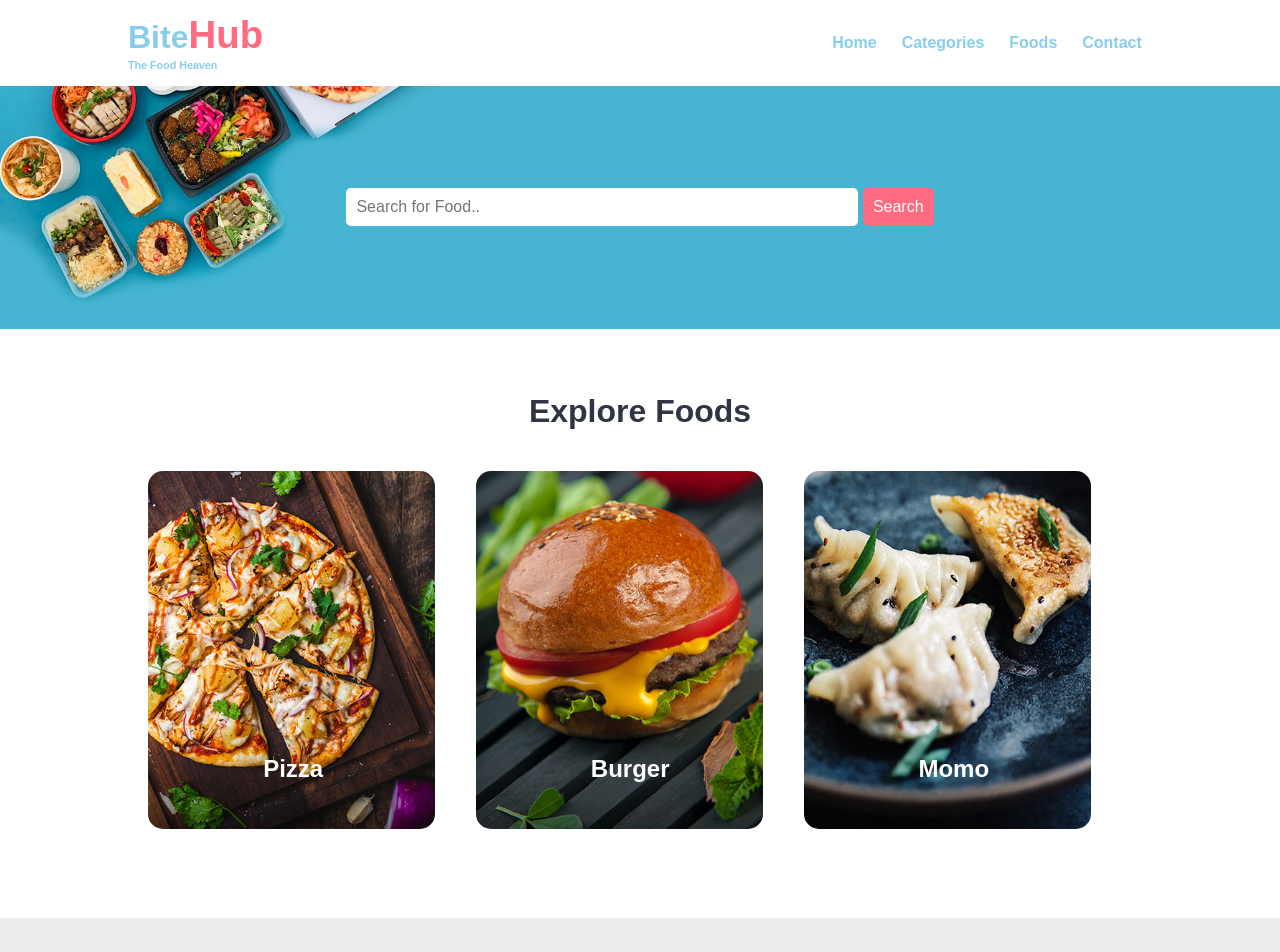
Repository: Saviour-Dagadu/food-order-front
Page: index.html
The author's editor kept a copy of each file at every save. The page is drawn from the files as they stood at one save, then again after the next save.
The browser window is 1280 px wide. The pictures show the part of the page from y = 0 to 952 px (the page is 2170 px tall).
A picture or video elsewhere on the page could not be fetched, so the positions and the page height are approximate.

Above is the page before, as saved 2024-05-16 11:32:40.

### index.html
<!DOCTYPE html>
<html lang="en">
<head>
    <meta charset="UTF-8">
    <!-- Important to make website responsive -->
    <meta name="viewport" content="width=device-width, initial-scale=1.0">
    <title>Restaurant Website</title>

    <!-- Link our CSS file -->
    <link rel="stylesheet" href="css/style.css">
</head>

<body>
    <!-- Navbar Section Starts Here -->
    <section class="navbar">
        <div class="container">
            <div class="logo">
                <a href="#" title="Logo">
                    <h2>Bite<span>Hub</span></h2><h6><span>The Food Heaven</span></h6>
                    <!-- <img src="images/logo.png" alt="Restaurant Logo" class="img-responsive"> -->
                </a>
            </div>

            <div class="menu text-right">
                <ul>
                    <li>
                        <a href="index.html">Home</a>
                    </li>
                    <li>
                        <a href="categories.html">Categories</a>
                    </li>
                    <li>
                        <a href="foods.html">Foods</a>
                    </li>
                    <li>
                        <a href="contact.html">Contact</a>
                    </li>
                </ul>
            </div>

            <div class="clearfix"></div>
        </div>
    </section>
    <!-- Navbar Section Ends Here -->

    <!-- fOOD sEARCH Section Starts Here -->
    <section class="food-search text-center">
        <div class="container">

            <form action="underConstruction.html" method="POST">
                <input type="search" name="search" placeholder="Search for Food.." required>
                <input type="submit" name="submit" value="Search" class="btn btn-primary">
            </form>

        </div>
    </section>
    <!-- fOOD sEARCH Section Ends Here -->

    <!-- CAtegories Section Starts Here -->
    <section class="categories">
        <div class="container">
            <h2 class="text-center">Explore Foods</h2>

            <a href="category-foods.html">
            <div class="box-3 float-container">
                <img src="images/pizza.jpg" alt="Pizza" class="img-responsive img-curve">

                <h3 class="float-text text-white">Pizza</h3>
            </div>
            </a>

            <a href="#">
            <div class="box-3 float-container">
                <img src="images/burger.jpg" alt="Burger" class="img-responsive img-curve">

                <h3 class="float-text text-white">Burger</h3>
            </div>
            </a>

            <a href="#">
            <div class="box-3 float-container">
                <img src="images/momo.jpg" alt="Momo" class="img-responsive img-curve">

                <h3 class="float-text text-white">Momo</h3>
            </div>
            </a>

            <div class="clearfix"></div>
        </div>
    </section>
    <!-- Categories Section Ends Here -->

    <!-- fOOD MEnu Section Starts Here -->
    <section class="food-menu">
        <div class="container">
            <h2 class="text-center">Food Menu</h2>

            <div class="food-menu-box">
                <div class="food-menu-img">
                    <img src="images/menu-pizza.jpg" alt="Chicke Hawain Pizza" class="img-responsive img-curve">
                </div>

                <div class="food-menu-desc">
                    <h4>Pizza</h4>
                    <p class="food-price">Ghc 50</p>
                    <p class="food-detail">
                        Made with Italian Sauce, Chicken, and organice vegetables.
                    </p>
                    <br>

                    <a href="order.html" class="btn btn-primary">Order Now</a>
                </div>
            </div>

            <div class="food-menu-box">
                <div class="food-menu-img">
                    <img src="images/menu-burger.jpg" alt="Chicke Hawain Pizza" class="img-responsive img-curve">
                </div>

                <div class="food-menu-desc">
                    <h4>Smoky Burger</h4>
                    <p class="food-price">Ghc 20</p>
                    <p class="food-detail">
                        Made with Italian Sauce, Chicken, and organice vegetables.
                    </p>
                    <br>

                    <a href="order.html" class="btn btn-primary">Order Now</a>
                </div>
            </div>

            <div class="food-menu-box">
                <div class="food-menu-img">
                    <img src="images/menu-burger.jpg" alt="Chicke Hawain Burger" class="img-responsive img-curve">
                </div>

                <div class="food-menu-desc">
                    <h4>Nice Burger</h4>
                    <p class="food-price">Ghc 20</p>
                    <p class="food-detail">
                        Made with Italian Sauce, Chicken, and organize vegetables.
                    </p>
                    <br>

                    <a href="order.html" class="btn btn-primary">Order Now</a>
                </div>
            </div>



            <!-- <div class="food-menu-box">
                <div class="food-menu-img">
                    <img src="images/menu-pizza.jpg" alt="Chicke Hawain Pizza" class="img-responsive img-curve">
                </div>

                <div class="food-menu-desc">
                    <h4>Food Title</h4>
                    <p class="food-price">$2.3</p>
                    <p class="food-detail">
                        Made with Italian Sauce, Chicken, and organice vegetables.
                    </p>
                    <br>

                    <a href="order.html" class="btn btn-primary">Order Now</a>
                </div>
            </div> -->

            <div class="food-menu-box">
                <div class="food-menu-img">
                    <img src="images/menu-momo.jpg" alt="Chicke Hawain Momo" class="img-responsive img-curve">
                </div>

                <div class="food-menu-desc">
                    <h4>Chicken Steam Momo</h4>
                    <p class="food-price">Ghc 50</p>
                    <p class="food-detail">
                        Made with Italian Sauce, Chicken, and organice vegetables.
                    </p>
                    <br>

                    <a href="order.html" class="btn btn-primary">Order Now</a>
                </div>
            </div>


            <div class="clearfix"></div>



        </div>

        <p class="text-center">
            <a href="#">See All Foods</a>
        </p>
    </section>
    <!-- fOOD Menu Section Ends Here -->

    <!-- social Section Starts Here -->
<section class="social">
	<div class="container text-center">
		<ul>
			<li>
				<a href="https://www.facebook.com/saviou/"><img src="https://img.icons8.com/fluent/50/000000/facebook-new.png"/></a>
			</li>
			<li>
				<a href="https://www.instagram.com/saviour_dagadu/"><img src="https://img.icons8.com/fluent/48/000000/instagram-new.png"/></a>
			</li>
			<li>
				<a href="https://twitter.com/savicode"><img src="https://img.icons8.com/fluent/48/000000/twitter.png"/></a>
			</li>
		</ul>
	</div>
</section>
<!-- social Section Ends Here -->

<!-- footer Section Starts Here -->
<section class="footer">
	<div class="container text-center">
		<p>All rights reserved. Designed By <a href="https://saviourdagadu.netlify.app/">@savicode</a></p>
	</div>
</section>
<!-- footer Section Ends Here -->

</body>
</html>

### css/style.css
/*
    Author: Vijay Thapa;
    Theme: Restaurant Food Order;
    version: 1.0;
*/

/* CSS for All */
*{
    margin: 0 0;
    padding: 0 0;
    font-family: Arial, Helvetica, sans-serif;
}
.container{
    width: 80%;
    margin: 0 auto;
    padding: 1%;
}
.img-responsive{
    width: 100%;
}
.img-curve{
    border-radius: 15px;
}

.text-right{
    text-align: right;
}
.text-center{
    text-align: center;
}
.text-left{
    text-align: left;
}
.text-white{
    color: white;
}

.clearfix{
    clear: both;
    float: none;
}

a{
    color: skyblue;
    text-decoration: none;
}
a:hover{
    color: #ff6b81;
}

.btn{
    padding: 1%;
    border: none;
    font-size: 1rem;
    border-radius: 5px;
}
.btn-primary{
    background-color: #ff6b81;
    color: white;
    cursor: pointer;
}
.btn-primary:hover{
    color: white;
    background-color: #ff4757;
}
h2{
    color: #2f3542;
    font-size: 2rem;
    margin-bottom: 2%;
}
h3{
    font-size: 1.5rem;
}
.float-container{
    position: relative;
}
.float-text{
    position: absolute;
    bottom: 50px;
    left: 40%;
}
fieldset{
    border: 1px solid white;
    margin: 5%;
    padding: 3%;
    border-radius: 5px;
}


/* CSSS for navbar section */

.logo{
    width: 10%;
    float: left;
}
.logo h2{
    color: skyblue;
}
.logo h2:hover{
    color: #ff6b81;
    font-style: italic;
}
.logo h2 span{
    color: #ff6b81;
    font-size: larger;
    font-weight:bolder;
}
.menu{
    line-height: 60px;
}
.menu ul{
    list-style-type: none;
}

.menu ul li{
    display: inline;
    padding: 1%;
    font-weight: bold;
}


/* CSS for Food SEarch Section */

.food-search{
    background-image: url(../images/bg.jpg);
    background-size: cover;
    background-repeat: no-repeat;
    background-position: center;
    padding: 7% 0;
}

.food-search input[type="search"]{
    width: 50%;
    padding: 1%;
    font-size: 1rem;
    border: none;
    border-radius: 5px;
}


/* CSS for Categories */
.categories{
    padding: 4% 0;
}

.box-3{
    width: 28%;
    float: left;
    margin: 2%;
}


/* CSS for Food Menu */
.food-menu{
    background-color: #ececec;
    padding: 4% 0;
}
.food-menu-box{
    width: 43%;
    margin: 1%;
    padding: 2%;
    float: left;
    background-color: white;
    border-radius: 15px;
}

.food-menu-img{
    width: 20%;
    float: left;
}

.food-menu-desc{
    width: 70%;
    float: left;
    margin-left: 8%;
}

.food-price{
    font-size: 1.2rem;
    margin: 2% 0;
}
.food-detail{
    font-size: 1rem;
    color: #747d8c;
}


/* CSS for Social */
.social ul{
    list-style-type: none;
}
.social ul li{
    display: inline;
    padding: 1%;
}

/* for Order Section */
.order{
    width: 50%;
    margin: 0 auto;
}
.input-responsive{
    width: 96%;
    padding: 1%;
    margin-bottom: 3%;
    border: none;
    border-radius: 5px;
    font-size: 1rem;
}
.order-label{
    margin-bottom: 1%;
    font-weight: bold;
}

/* Contact Section*/

#info{
    padding: 30px 0;
}

#info .container{
     display: flex;
}

#info .info{
    width: 28%;
    height: 300px;
    border-radius: 10px;
    overflow: hidden;

}

#info .info-text{
    border: 1px solid lightgray;
    padding: 10px;
}

#info .info-text h4{
    margin: 5px;
}

#info .info-text .info-text-call{
    margin-bottom: 20px;
}

#info .info-image{
margin-right: 10px;
overflow: hidden;
box-shadow: 0 0 5px #333;
transform: scale (1.04);
transition: all .4s ease-in-out;
}

#info .info-image:hover{
transform: translateY(-15px) scale(1.1);
box-shadow: 0 0 10px #333;
}
#info .info-image img{
max-width: 100%;
height: auto
}

#info .info-image:hover .info-image img{
opacity: 1;
}

       /* message Section */
#message{
    padding: 30px 0;
    background-color: lightgray;
}

#message .message-top{
    text-align: center;
    margin-bottom: 20px;
}

#message .message-top h3{
    text-transform: uppercase;
    margin: 0;
}

#message .message-top h3::after{
    content: "";
    display: block;
    width: 50px;
    height: 3px;
    background-color: gray;
    margin: 10px auto 0;
}

#message .message-bottom{
    color: black;
}

#message .message-bottom label{
    display: block;
    font-size: 17px;
    font-weight: 500;
    margin-bottom: 5px;
}

#message .message-bottom .form-group{
    margin-bottom: 10px;
}

#message .message-bottom .input{
    display: block;
    height: 40px;
    border-radius: 5px;
    border: 1px solid brown;
    padding-left: 10px;
    padding-right: 10px;
    width: 100%;
    font-size: 15px;
    font-family: 'Segoe UI', Tahoma, Geneva, Verdana, Sans-serif;
}

#message .message-bottom input,
#message .message-bottom textarea,
#message .message-bottom button{
    outline: none;
}

#message  textarea{
    width: 100%;
    height: 200px;
    border-radius: 5px;
    border: 1px solid brown;
    background-color: white;
    padding: 5px 10px;
    font: 15px 'Segoe UI', Tahoma, Geneva, Verdana, Sans-serif;
}

#message .message-bottom .btn{
    padding: 10px 20px;
    background-color: brown;
    text-transform: uppercase;
    font: 15px 'Segoe UI', Tahoma, Geneva, Verdana, Sans-serif;
    border: none;
    border-radius: 5px;
    font-weight: 500;
    color: #fff;
    cursor: pointer;
}


/* CSS for Mobile Size or Smaller Screen */

@media only screen and (max-width:768px){
    .logo{
        width: 80%;
        float: none;
        margin: 1% auto;
    }

    .menu ul{
        text-align: center;
    }

    .food-search input[type="search"]{
        width: 90%;
        padding: 2%;
        margin-bottom: 3%;
    }

    .btn{
        width: 91%;
        padding: 2%;
    }

    .food-search{
        padding: 10% 0;
    }

    .categories{
        padding: 20% 0;
    }
    h2{
        margin-bottom: 10%;
    }
    .box-3{
        width: 100%;
        margin: 4% auto;
    }

    .food-menu{
        padding: 20% 0;
    }

    .food-menu-box{
        width: 90%;
        padding: 5%;
        margin-bottom: 5%;
    }
    .social{
        padding: 5% 0;
    }
    .order{
        width: 100%;
    }
}

After the next save:
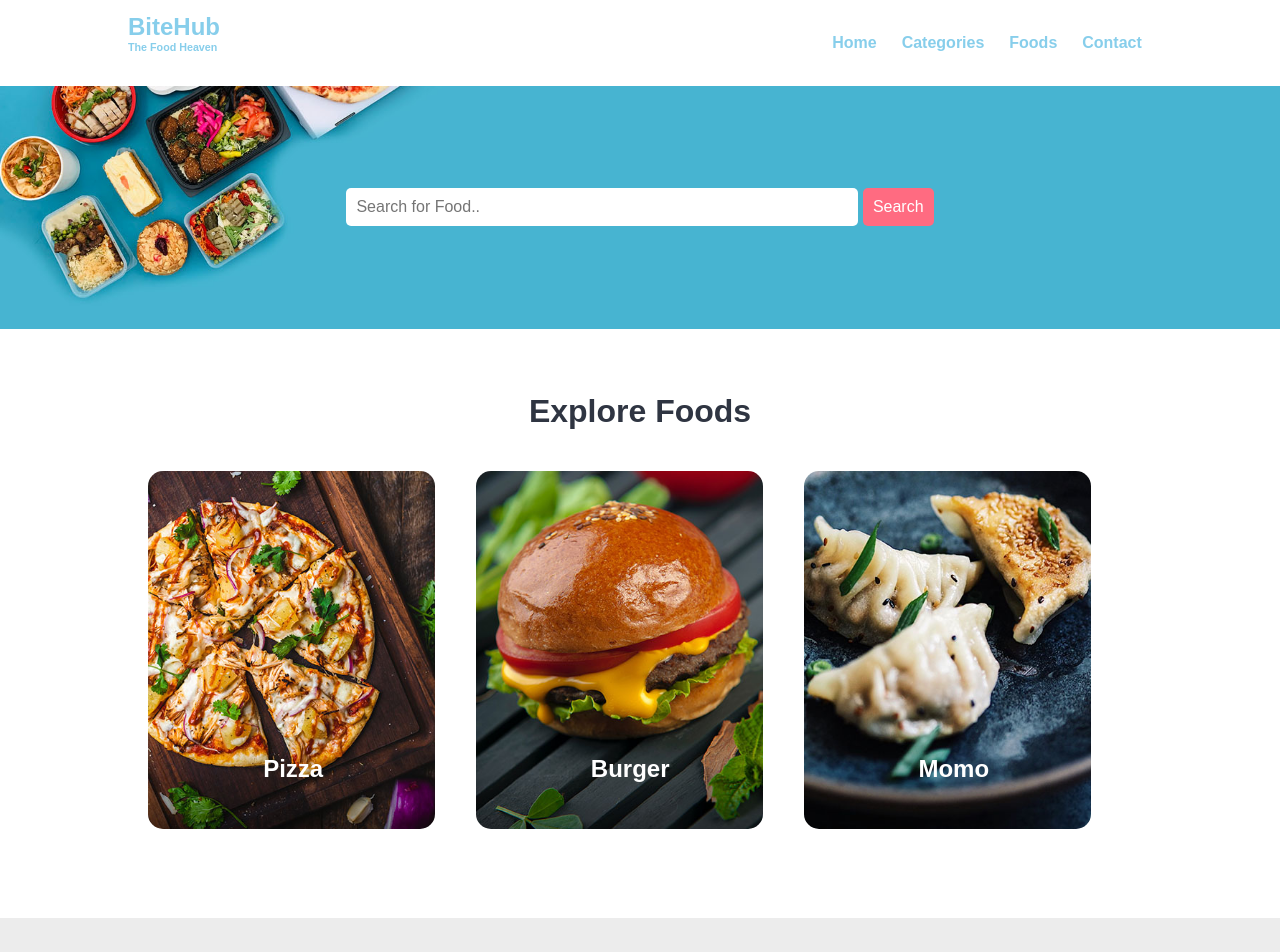
Saved 84 s later.
--- a/index.html
+++ b/index.html
@@ -16,7 +16,7 @@
         <div class="container">
             <div class="logo">
                 <a href="#" title="Logo">
-                    <h2>Bite<span>Hub</span></h2><h6><span>The Food Heaven</span></h6>
+                    <h1>Bite<span>Hub</span></h1><h6><span>The Food Heaven</span></h6>
                     <!-- <img src="images/logo.png" alt="Restaurant Logo" class="img-responsive"> -->
                 </a>
             </div>

After the save that followed:
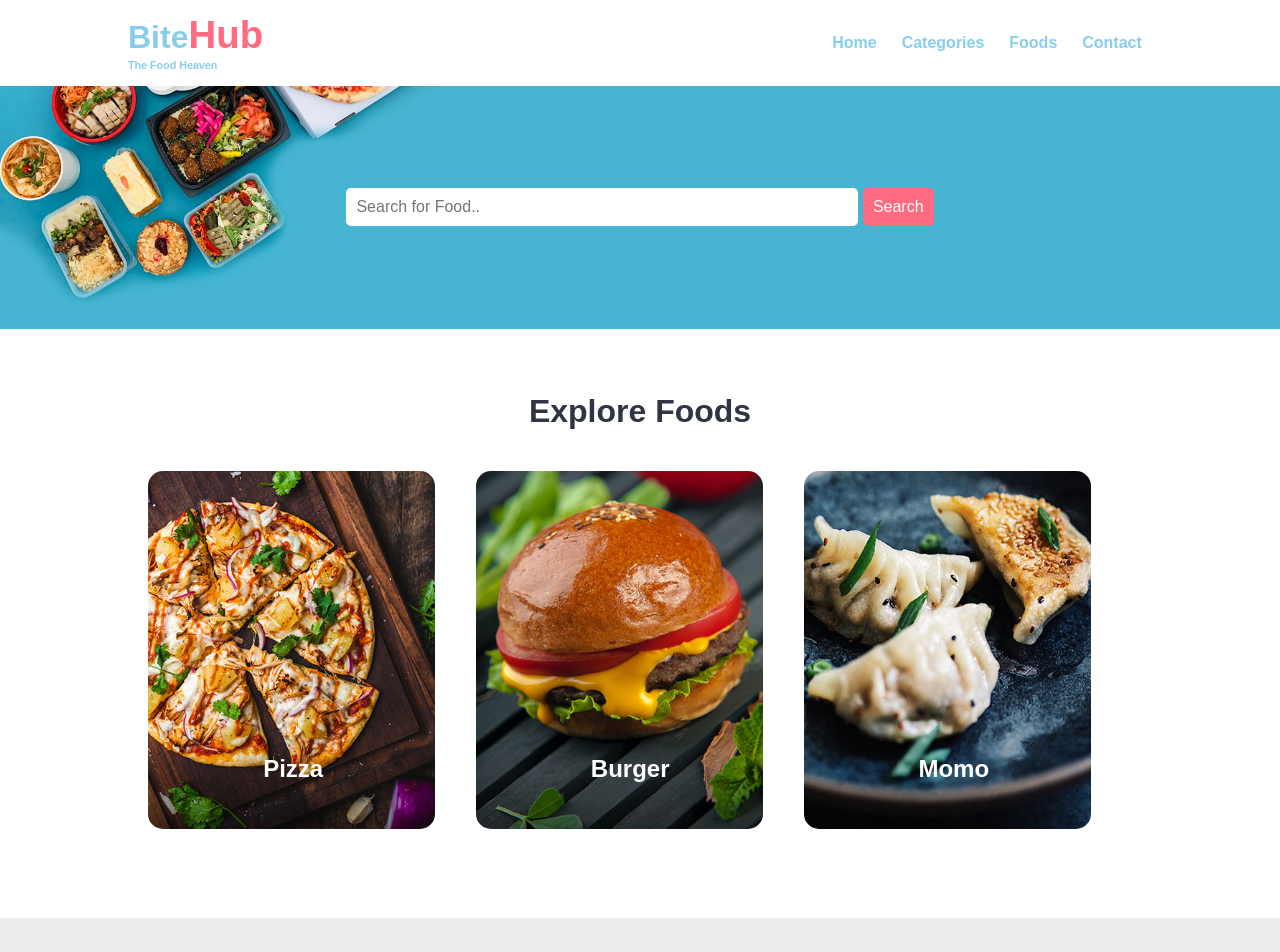
Saved 19 s later.
--- a/index.html
+++ b/index.html
@@ -16,7 +16,7 @@
         <div class="container">
             <div class="logo">
                 <a href="#" title="Logo">
-                    <h1>Bite<span>Hub</span></h1><h6><span>The Food Heaven</span></h6>
+                    <h2>Bite<span>Hub</span></h2><h6><span>The Food Heaven</span></h6>
                     <!-- <img src="images/logo.png" alt="Restaurant Logo" class="img-responsive"> -->
                 </a>
             </div>
